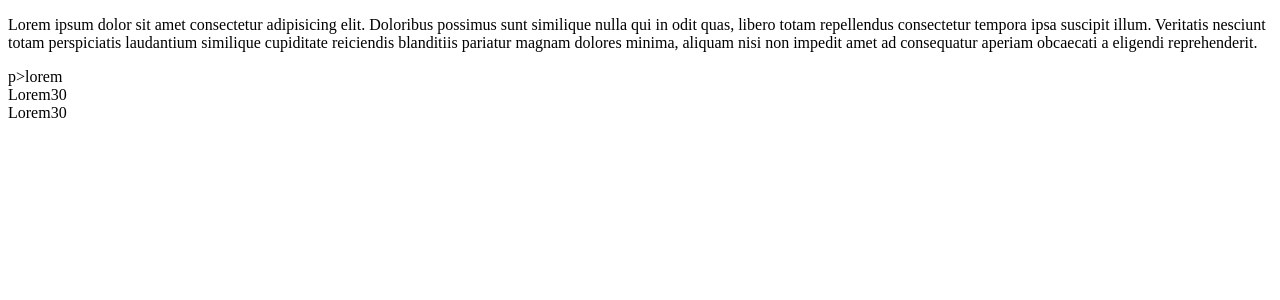
Repository: KikiMcArron/Don_Kiki_McArron
Page: index.html
The author's editor kept a copy of each file at every save. The page is drawn from the files as they stood at one save, then again after the next save.
The browser window is 1280 px wide. The pictures show the whole page.

Above is the page before, as saved 2022-04-08 12:24:38.

### index.html
<!DOCTYPE html>
<html lang="pl">

<head>
    <meta charset="UTF-8">
    <meta http-equiv="X-UA-Compatible" content="IE=edge">
    <meta name="viewport" content="width=device-width, initial-scale=1.0">
    <title>Document</title>
</head>

<body>
    <header>
        <nav></nav>
    </header>
    <main>
        <section class="last_entrie">
            <article>
                <p>Lorem ipsum dolor sit amet consectetur adipisicing elit. Doloribus possimus sunt similique nulla qui in
                    odit quas, libero totam repellendus consectetur tempora ipsa suscipit illum. Veritatis nesciunt totam
                    perspiciatis laudantium similique cupiditate reiciendis blanditiis pariatur magnam dolores minima,
                    aliquam nisi non impedit amet ad consequatur aperiam obcaecati a eligendi reprehenderit.</p>

            </article>
        </section>
        <section class="prev_entries">
            <article>p>lorem</article>
            <article>Lorem30</article>
            <article>Lorem30</article>
        </section>
        <section class="hitory_entries"></section>
    </main>
    <aside class="notes"></aside>
    <aside class="projects"></aside>
    <footer></footer>
</body>

</html>

After the next save:
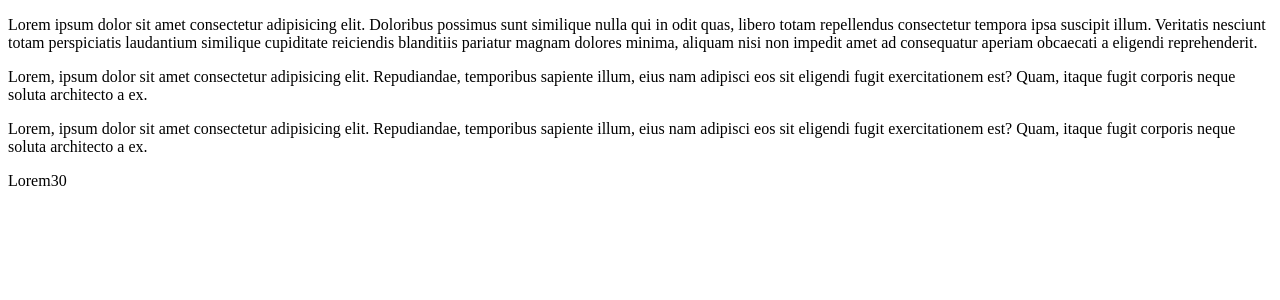
Saved 18 s later.
--- a/index.html
+++ b/index.html
@@ -23,8 +23,8 @@
             </article>
         </section>
         <section class="prev_entries">
-            <article>p>lorem</article>
-            <article>Lorem30</article>
+            <article><p>Lorem, ipsum dolor sit amet consectetur adipisicing elit. Repudiandae, temporibus sapiente illum, eius nam adipisci eos sit eligendi fugit exercitationem est? Quam, itaque fugit corporis neque soluta architecto a ex.</p></article>
+            <article><p>Lorem, ipsum dolor sit amet consectetur adipisicing elit. Repudiandae, temporibus sapiente illum, eius nam adipisci eos sit eligendi fugit exercitationem est? Quam, itaque fugit corporis neque soluta architecto a ex.</p></article>
             <article>Lorem30</article>
         </section>
         <section class="hitory_entries"></section>
